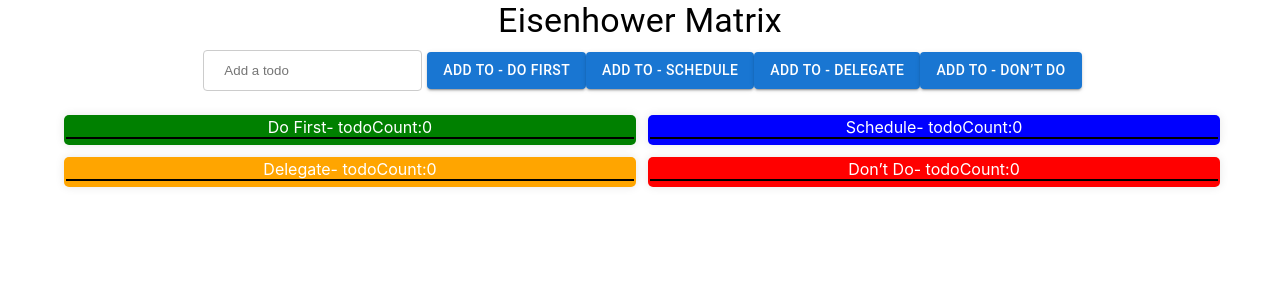
Repository: GokulDev4U/Krixi_react_assignment
Page: /
These files come from the project's save history. The page is drawn as it stood at one moment and after the next save; the edit follows.
The browser window is 1280 px wide. The pictures show the whole page.
The project was rebuilt for these pictures with package versions that can differ from the ones it lists, and the page was loaded fresh each time.

Above is the page before, as saved 2022-04-05 13:55:15.

After the next save:
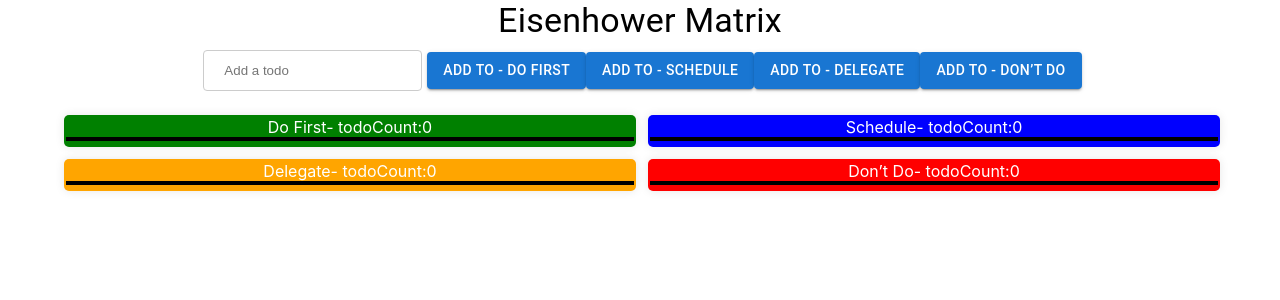
Saved 12 s later.
--- a/src/Components/card/Card.css
+++ b/src/Components/card/Card.css
@@ -12,7 +12,7 @@
     display: flex;
     flex-direction: column;
     justify-content: space-around;
-    border: 1px solid black;
+    border: 2px solid black;
  }
  .card-content-item{
       width: 100%;
